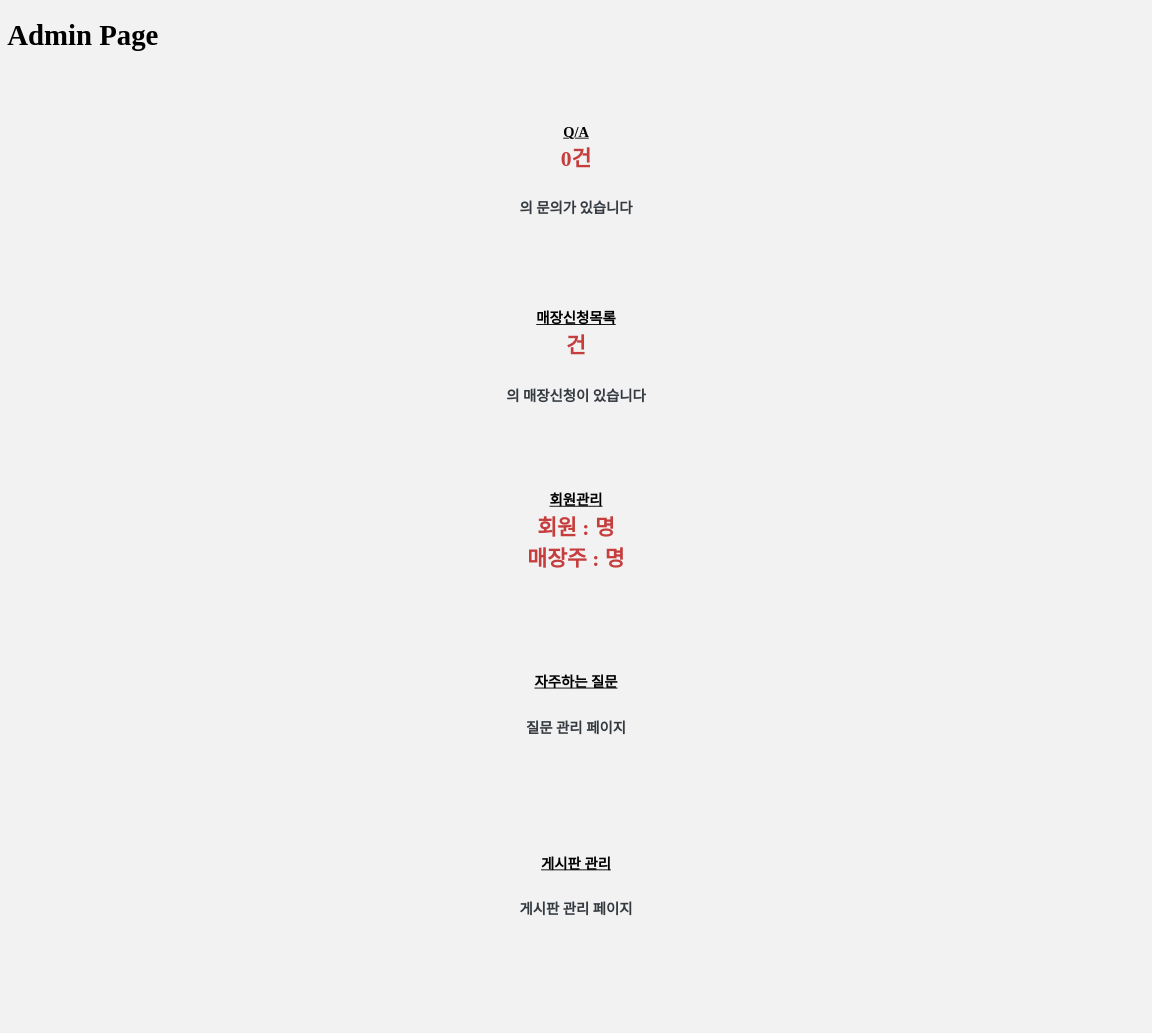
Repository: kimsungwo/project_01
Page: http://localhost/TeamCoffee/WEB-INF/views/admin/admin_main.jsp
The author's editor kept a copy of each file at every save. The page is drawn from the files as they stood at one save, then again after a run of saves.
The browser window is 1280 px wide. The pictures show the whole page, at 90% of full size.
The page is served by Tomcat 9. Nobody is signed in. The template is opened directly, without the code that normally fills it, so the values that code supplies are empty.

Above is the page before, as saved 2021-05-17 03:06:12.

After the next 2 saves:
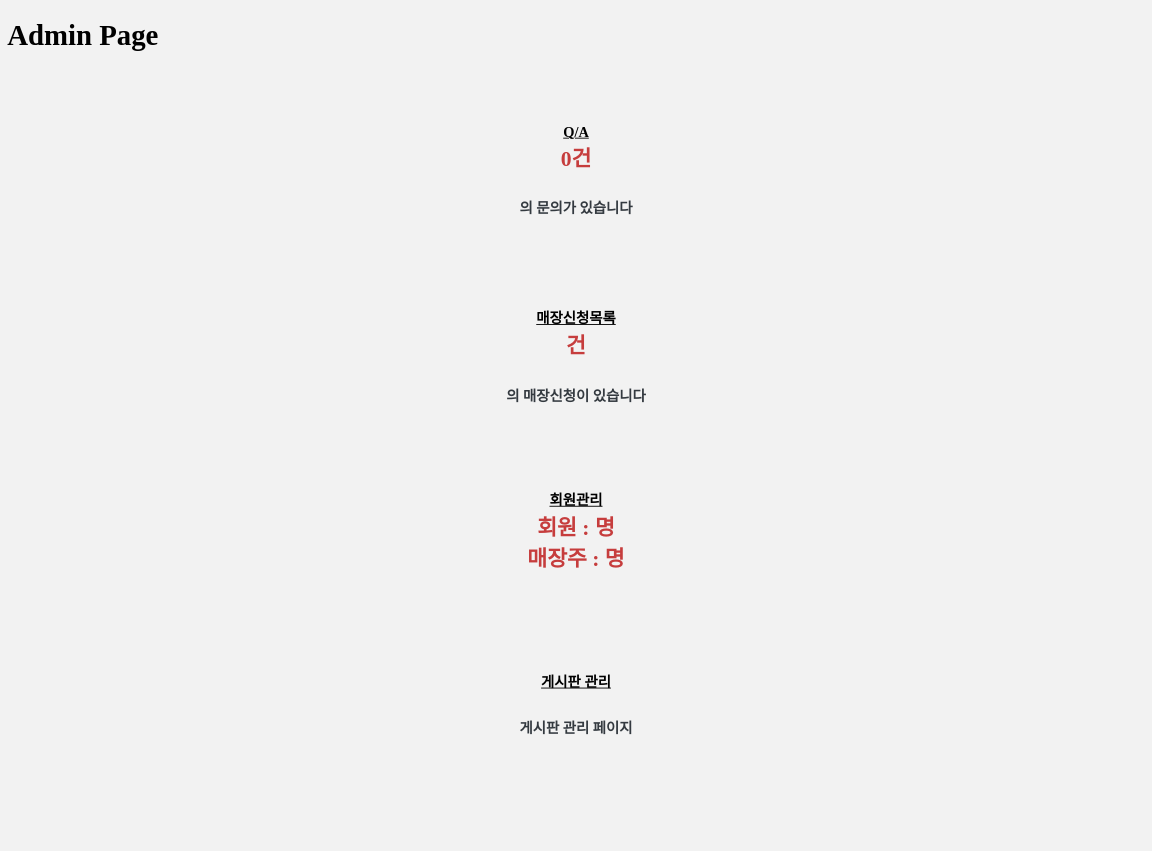
The 2 saves are shown as one change because they came seconds apart.
The last was saved 20 s later.
--- a/TeamCoffee/src/main/webapp/WEB-INF/views/admin/admin_main.jsp
+++ b/TeamCoffee/src/main/webapp/WEB-INF/views/admin/admin_main.jsp
@@ -82,12 +82,6 @@
 	</div>
 	<div class="row justify-content-center">
 		<div class="card text-white col-2 iconBoard">
-			<div class="card-header"><a class="side_menu" href="#">자주하는 질문</a></div>
-			<div class="card-body">
-				<h5 class="card-title">질문 관리 페이지</h5>
-			</div>
-		</div>
-		<div class="card text-white col-2 iconBoard">
 			<div class="card-header"><a class="side_menu" href="#">게시판 관리</a></div>
 			<div class="card-body">
 				<h5 class="card-title">게시판 관리 페이지</h5>
